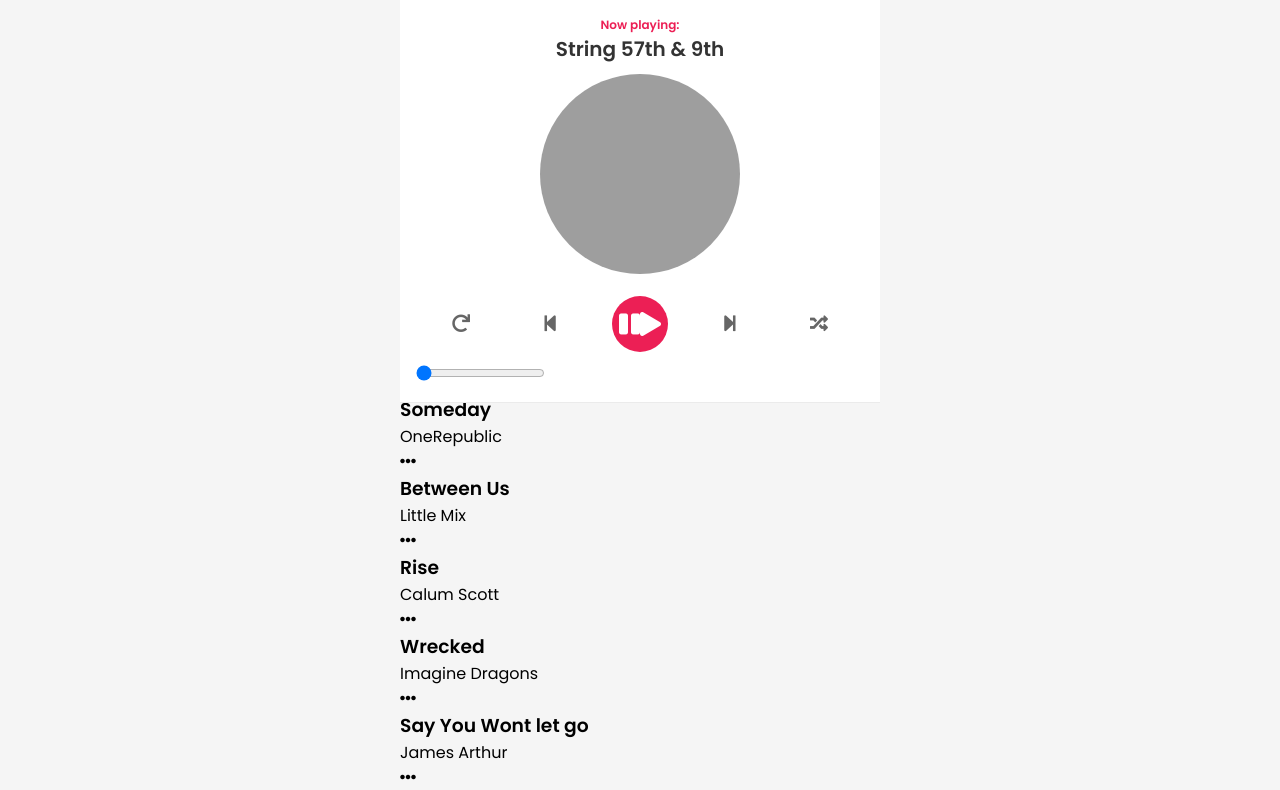
Repository: maivannhan1998/MusicPlayer.github.io
Page: index.html
These files come from the project's save history. The page is drawn as it stood at one moment and after the next save; the edit follows.
The browser window is 1280 px wide. The pictures show the whole page.
Pictures or frames that could not be fetched are drawn as grey boxes.

Above is the page before, as saved 2021-11-09 15:51:33.

### index.html
<!DOCTYPE html>
<html lang="en">
<head>
    <meta charset="UTF-8">
    <meta http-equiv="X-UA-Compatible" content="IE=edge">
    <meta name="viewport" content="width=device-width, initial-scale=1.0">
    <title>CodePlayMusic</title>
    <link rel="stylesheet" href="./assets/css/main.css">
    <link rel="stylesheet" href="https://cdnjs.cloudflare.com/ajax/libs/font-awesome/5.15.2/css/all.min.css" integrity="sha512-HK5fgLBL+xu6dm/Ii3z4xhlSUyZgTT9tuc/hSrtw6uzJOvgRr2a9jyxxT1ely+B+xFAmJKVSTbpM/CuL7qxO8w==" crossorigin="anonymous" />
    <link rel="preconnect" href="https://fonts.gstatic.com">
    <link href="https://fonts.googleapis.com/css2?family=Poppins:wght@300;400;600&display=swap" rel="stylesheet">
</head>
<body>
    <div class="player">
        <!-- Dashboard -->
        <div class="dashboard">
          <!-- Header -->
          <header>
            <h4>Now playing:</h4>
            <h2>String 57th & 9th</h2>
          </header>

          <!-- CD -->
          <div class="cd">
            <div class="cd-thumb">
            </div>
          </div>

          <!-- Control -->
          <div class="control">
                <div class="btn btn-repeat">
                    <i class="fas fa-redo"></i>
                </div>
                <div class="btn btn-prev">
                    <i class="fas fa-step-backward"></i>
                </div>
                <div class="btn btn-toggle-play">
                    <i class="fas fa-pause icon-pause"></i>
                    <i class="fas fa-play icon-play"></i>
                </div>
                <div class="btn btn-next">
                    <i class="fas fa-step-forward"></i>
                </div>
                <div class="btn btn-random">
                    <i class="fas fa-random"></i>
                </div>
          </div>

          <input id="progress" class="progress" type="range" value="0" step="1" min="0" max="100">



          <audio id="audio" src=""></audio>
        </div>

        <!-- Playlist -->
        <div class="playlist">

        </div>
      </div>
      <script>
         const $ = document.querySelector.bind(document);
         const $$ = document.querySelectorAll.bind(document);

         const app = {

            currentIndex: 0,

            songs: [
                 {
                     name: 'Easy On Me',
                     singer: 'adele',
                     path: './assets/music/song1.mp3',
                     image: './assets/img/img1.jpg'
                 }, {
                     name: 'One Right Now',
                     singer: 'Post Malone, The Weeknd',
                     path: './assets/music/song2.mp3',
                     image: './assets/img/img2.jpg'
                 }, {
                     name: 'For Tonight',
                     singer: 'Giveon',
                     path: './assets/music/song3.mp3',
                     image: './assets/img/img3.jpg'
                 }, {
                     name: 'Cold Heart',
                     singer: 'Elton John, Dua Lipa',
                     path: './assets/music/song4.mp3',
                     image: './assets/img/img4.jpg'
                 }, {
                     name: 'STAY',
                     singer: 'The Kid LAROI, Justin Bieber',
                     path: './assets/music/song5.mp3',
                     image: './assets/img/img5.jpg'
                 }, {
                     name: 'Someday',
                     singer: 'OneRepublic',
                     path: './assets/music/song6.mp3',
                     image: './assets/img/img6.jpg'
                 }, {
                     name: 'Between Us',
                     singer: 'Little Mix',
                     path: './assets/music/song7.mp3',
                     image: './assets/img/img7.jpg'
                 }, {
                     name: 'Rise',
                     singer: 'Calum Scott',
                     path: './assets/music/song8.mp3',
                     image: './assets/img/img8.jpg'
                 }, {
                     name: 'Wrecked',
                     singer: 'Imagine Dragons',
                     path: './assets/music/song9.mp3',
                     image: './assets/img/img9.jpg'
                 }, {
                     name: 'Say You Wont let go',
                     singer: 'James Arthur',
                     path: './assets/music/song10.mp3',
                     image: './assets/img/img10.jpg'
                 }
             ],

            render: function(){
                const htmls = this.songs.map((song) => {
                    return `
                        <div class="song">
                            <div class="thumb"
                                style="background-image: url('${song.image}')">
                            </div>
                            <div class="body">
                                <h3 class="title">${song.name}</h3>
                                <p class="author">${song.singer}</p>
                            </div>
                            <div class="option">
                                <i class="fas fa-ellipsis-h"></i>
                            </div>
                        </div>
                    `
                })
                $('.playlist').innerHTML = htmls.join('')
            },

            handleEvents: function() {
                const cd = $('.cd')
                const cdWidth  = cd.offsetWidth;

                 document.onscroll = function () {
                    const scrollTop = window.scrollY || document.documentElement.scrollTop;
                    const newCdWidth = cdWidth - scrollTop;

                    cd.style.width = newCdWidth > 0 ? newCdWidth + 'px' : 0;
                    cd.style.opacity = newCdWidth / cdWidth;
                 }
            },
            getCurrentSong: function() {
                return this.songs[this.currentIndex];
            },
            start: function() {

                this.handleEvents();

                console.log(this.getCurrentSong())

                this.render();
            }
        }

        app.start();

      </script>
</body>
</html>

### assets/css/main.css
:root {
  --primary-color: #ec1f55;
  --text-color: #333;
}

* {
  padding: 0;
  margin: 0;
  box-sizing: inherit;
}

body {
  background-color: #f5f5f5;
}

html {
  box-sizing: border-box;
  font-family: "Poppins", sans-serif;
}

.player {
  position: relative;
  max-width: 480px;
  margin: 0 auto;
}

.dashboard {
  position: fixed;
  padding: 16px 16px 14px;
  background-color: #fff;
  top: 0;
  width: 100%;
  max-width: 480px;
  border-bottom: 1px solid #ebebeb;
}

header {
  text-align: center;
  margin-bottom: 10px;
}

header h2 {
  color: var(--text-color);
  font-size: 20px;
}

header h4 {
  color: var(--primary-color);
  font-size: 12px;
}

.cd {
  display: flex;
  margin: auto;
  width: 200px;
}

.cd-thumb {
  background-image: url('/assets/img/maxresdefault.jpg');
  width: 100%;
  padding-top: 100%;
  border-radius: 50%;
  background-color: #333;
  background-size: cover;
  margin: auto;
}

.control {
  display: flex;
  align-items: center;
  justify-content: space-around;
  padding: 18px 0 8px 0;
}

.control .btn {
  color: #666;
  padding: 18px;
  font-size: 18px;
}

.control .btn-toggle-play {
  display: flex;
  align-items: center;
  justify-content: center;
  width: 56px;
  height: 56px;
  border-radius: 50%;
  font-size: 24px;
  color: #fff;
  background-color: var(--primary-color);
}

After the next save:
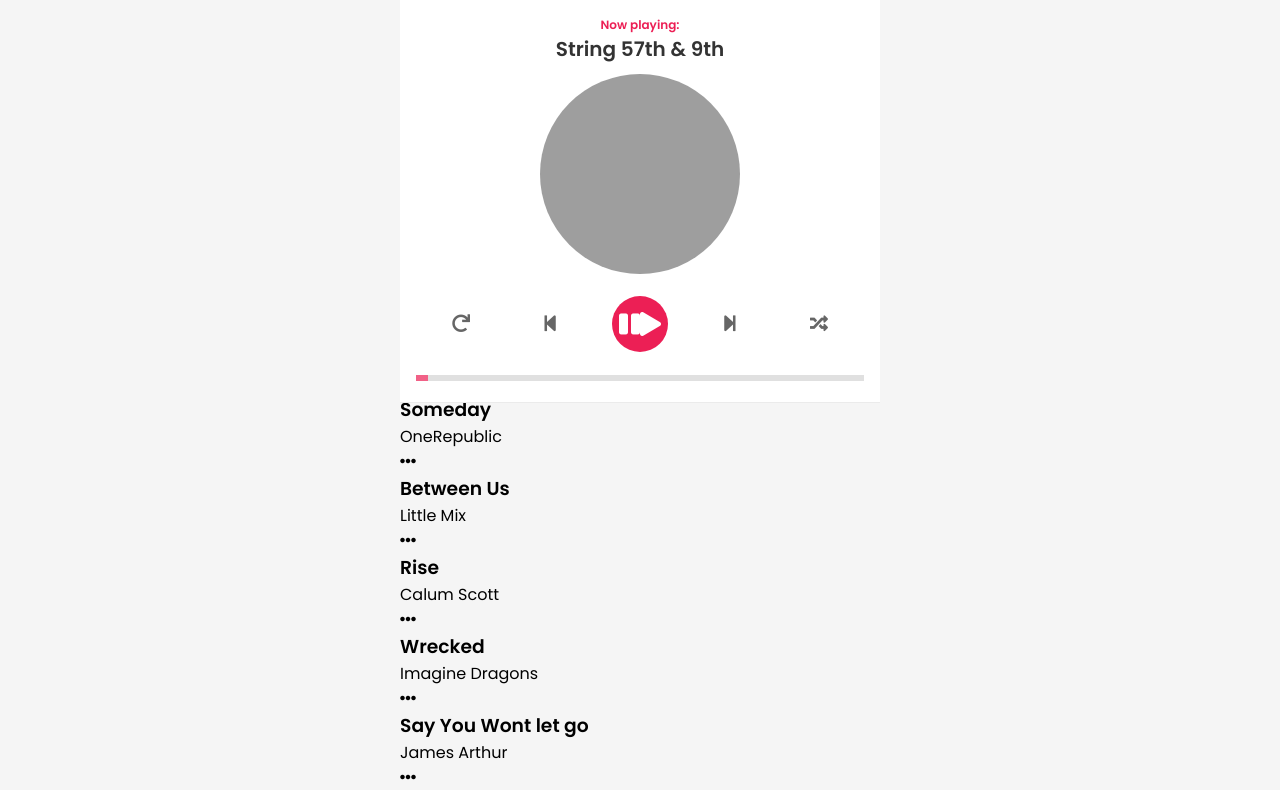
Saved 5 min 47 s later.
--- a/assets/css/main.css
+++ b/assets/css/main.css
@@ -89,3 +89,23 @@ header h4 {
   color: #fff;
   background-color: var(--primary-color);
 }
+
+.progress {
+  width: 100%;
+  -webkit-appearance: none;
+  height: 6px;
+  background: #d3d3d3;
+  outline: none;
+  opacity: 0.7;
+  -webkit-transition: 0.2s;
+  transition: opacity 0.2s;
+}
+
+.progress::-webkit-slider-thumb {
+  -webkit-appearance: none;
+  appearance: none;
+  width: 12px;
+  height: 6px;
+  background-color: var(--primary-color);
+  cursor: pointer;
+}
